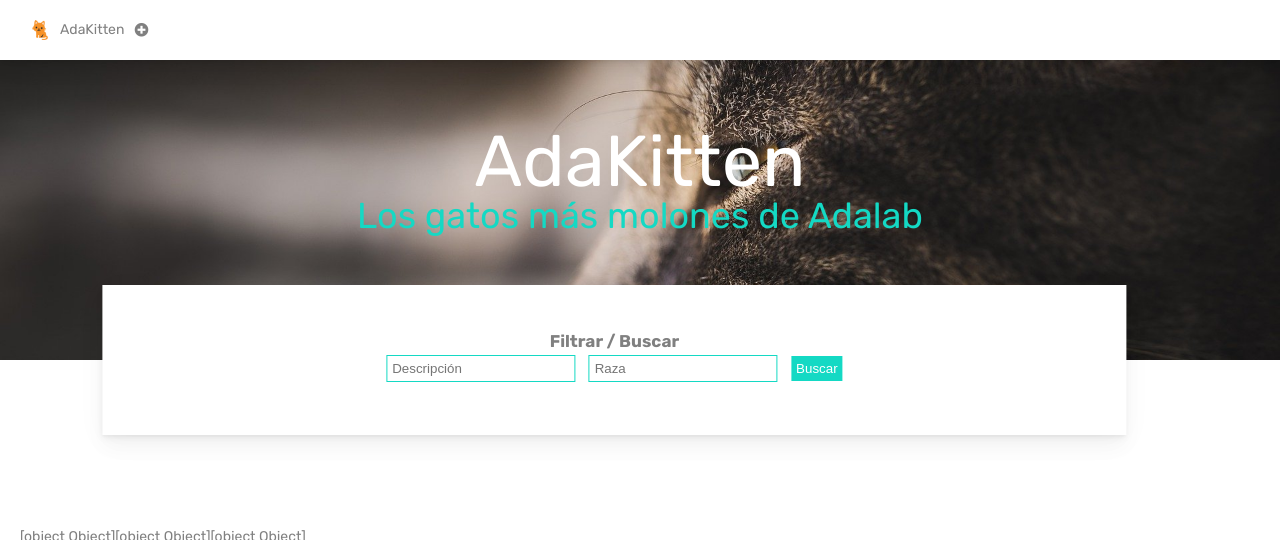
Repository: Adalab/promo-s-module-2-pair-7-sprint-1-ada-kitten
Page: index.html
An editor plug-in stored every save of this project. The page is shown before and after the next save, followed by the edit.
The browser window is 1280 px wide. The pictures show the part of the page from y = 0 to 540 px (the page is 720 px tall before and 963 px after).
Pictures or frames that could not be fetched are drawn as grey boxes. Some web libraries are served in a nearby version.

Above is the page before, as saved 2023-02-09 11:20:35.
Console error: TypeError: Cannot read properties of null (reading 'addEventListener')

After the next save:
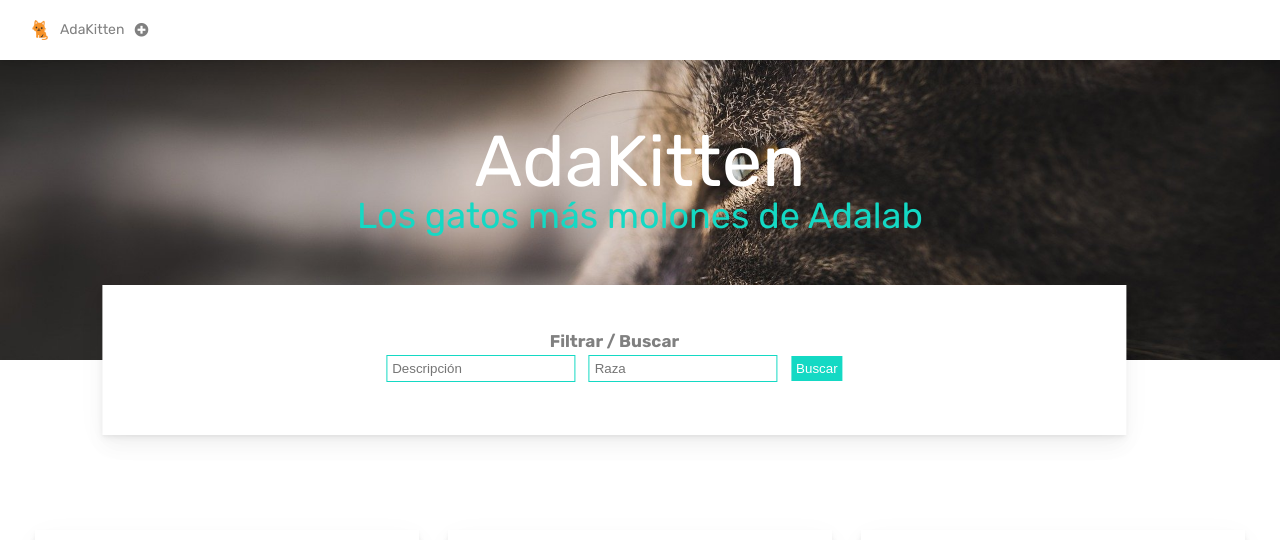
Saved 13 s later.
--- a/js/script.js
+++ b/js/script.js
@@ -234,7 +234,7 @@ function renderKitten(kittenData_1) {
 </article>
 </li>`;
 
-dataList.innerHTML += `<li>${kittenData_1}</li>`;
+dataList.innerHTML += `<li>${kittenNew}</li>`;
 }
 
 
